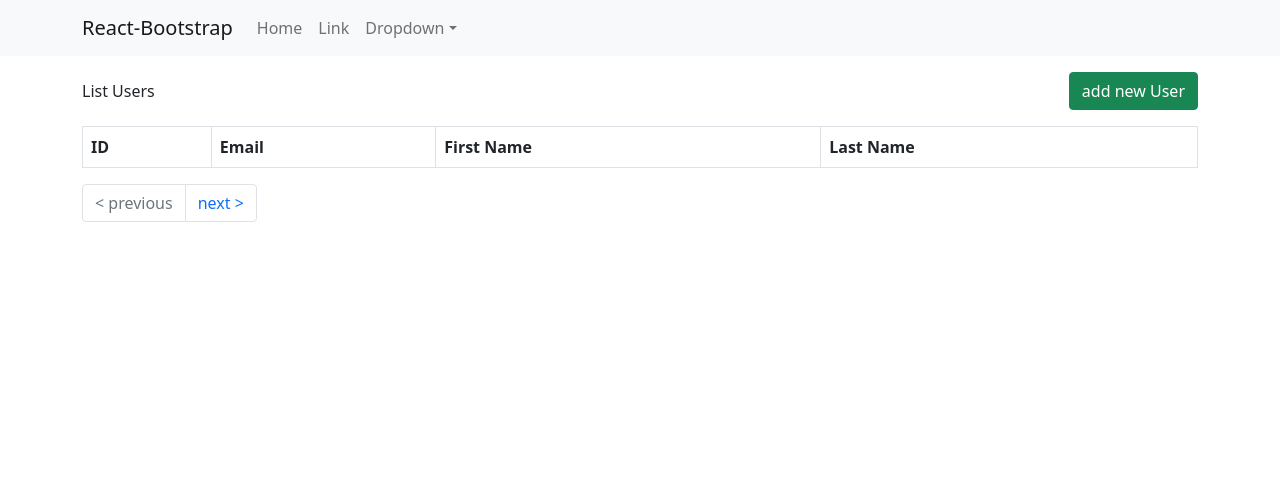
Repository: hieuche123/practice-reactjs
Page: /
An editor plug-in stored every save of this project. The page is shown before and after the next save, followed by the edit.
The browser window is 1280 px wide. The pictures show the whole page.
The page's requests for data from a server got no answer. The project was rebuilt for these pictures with package versions that can differ from the ones it lists, and the page was loaded fresh each time. No one was signed in, and anything a server would have sent is missing.

Above is the page before, as saved 2023-03-21 21:49:43.

### src/index.js
import React from 'react';
import ReactDOM from 'react-dom';
import App from './App';
import 'bootstrap/dist/css/bootstrap.min.css';

ReactDOM.render(
  <React.StrictMode>
    <App />
  </React.StrictMode>,
  document.getElementById('root')
);

// If you want to start measuring performance in your app, pass a function
// to log results (for example: reportWebVitals(console.log))
// or send to an analytics endpoint. Learn more: https://bit.ly/CRA-vitals

### src/App.js

import { Container } from 'react-bootstrap';
import './App.scss';
import Header from './components/Header';
import TableUsers from './components/TableUsers';

function App() {
  return (
    <div className="app-container">
      <Header/>
      <Container>
        <div className='add-new my-3'>
         <span> List Users</span>
          <button className='btn btn-success'>add new User</button>
        </div>
        <TableUsers/>
      </Container>
    </div>
  );
}

export default App;

### src/App.scss
body {
  margin: 0;
  font-family: -apple-system, BlinkMacSystemFont, 'Segoe UI', 'Roboto', 'Oxygen',
    'Ubuntu', 'Cantarell', 'Fira Sans', 'Droid Sans', 'Helvetica Neue',
    sans-serif;
  -webkit-font-smoothing: antialiased;
  -moz-osx-font-smoothing: grayscale;
}

code {
  font-family: source-code-pro, Menlo, Monaco, Consolas, 'Courier New',
    monospace;
}

.add-new {
  display: flex;
  align-items: center;
  justify-content: space-between;
}

### src/components/Header.js
import Container from 'react-bootstrap/Container';
import Nav from 'react-bootstrap/Nav';
import Navbar from 'react-bootstrap/Navbar';
import NavDropdown from 'react-bootstrap/NavDropdown';
function Header() {
    return (
        <>
            <Navbar bg="light" expand="lg">
                <Container>
                    <Navbar.Brand href="#home">React-Bootstrap</Navbar.Brand>
                    <Navbar.Toggle aria-controls="basic-navbar-nav" />
                    <Navbar.Collapse id="basic-navbar-nav">
                    <Nav className="me-auto">
                        <Nav.Link href="#home">Home</Nav.Link>
                        <Nav.Link href="#link">Link</Nav.Link>
                        <NavDropdown title="Dropdown" id="basic-nav-dropdown">
                        <NavDropdown.Item href="#action/3.1">Action</NavDropdown.Item>
                        <NavDropdown.Item href="#action/3.2">
                            Another action
                        </NavDropdown.Item>
                        <NavDropdown.Item href="#action/3.3">Something</NavDropdown.Item>
                        <NavDropdown.Divider />
                        <NavDropdown.Item href="#action/3.4">
                            Separated link
                        </NavDropdown.Item>
                        </NavDropdown>
                    </Nav>
                    </Navbar.Collapse>
                </Container>
            </Navbar>
        </>
    );
}

export default Header;

### src/components/TableUsers.js
import axios from 'axios';
import { useEffect, useState } from 'react';
import Table from 'react-bootstrap/Table';
import {fetchAllUser} from '../sevices/UserSevice'
import ReactPaginate from 'react-paginate';
function TableUsers(props) {
    const [listUsers, setListUsers] = useState([]);
    const [totalUsers, setTotalUsers] = useState(0);
    const [totalPages, setTotalPages] = useState(0);

    useEffect(()=> {
        getUsers(1);
    },[])

    const getUsers = async(page) => {
        let res = await fetchAllUser(page);
        if(res && res.data) {
            setListUsers(res.data);
            setTotalUsers(res.total);
            setTotalPages(res.total_pages);
            console.log(res.data)
        }
        console.log(res)
    }

    const handlePageClick = (event) => {
        getUsers(+event.selected + 1);

      };

    return (
        <>
            <Table striped bordered hover>
                <thead>
                    <tr>
                    <th>ID</th>
                    <th>Email</th>
                    <th>First Name</th>
                    <th>Last Name</th>
                    </tr>
                </thead>
                <tbody>
                    {listUsers && listUsers.length > 0 &&
                        listUsers.map((item, index) => {
                            return (
                                <tr key={item.id}>
                                    <th>{item.id}</th>
                                    <th>{item.email}</th>
                                    <th>{item.first_name}</th>
                                    <th>{item.last_name}</th>
                                </tr>
                            )
                        })

                    }
                </tbody>
            </Table>
            <ReactPaginate
                breakLabel="..."
                nextLabel="next >"
                onPageChange={handlePageClick}
                pageRangeDisplayed={5}
                pageCount={totalPages}
                previousLabel="< previous"

                pageClassName='page-item'
                pageLinkClassName='page-link'
                previousClassName='page-item'
                previousLinkClassName='page-link'
                nextClassName='page-item'
                nextLinkClassName='page-link'
                breakClassName='page-item'
                breakLinkClassName='page-link'
                containerClassName='pagination'
                activeClassName='active'
            />


        </>
    );
}

export default TableUsers;

### src/sevices/UserSevice.js
import axios from './CustomizeAxios';

const fetchAllUser = (page) => {
    return axios.get(`/api/users?page=${page}`)
}



export {fetchAllUser};

### src/sevices/CustomizeAxios.js
import axios from "axios";

const instance = axios.create({
    baseURL: 'https://reqres.in'
})

// Add a response interceptor
instance.interceptors.response.use(function (response) {
    // Any status code that lie within the range of 2xx cause this function to trigger
    // Do something with response data
    return response.data;
  }, function (error) {
    // Any status codes that falls outside the range of 2xx cause this function to trigger
    // Do something with response error
    return Promise.reject(error);
  });
export default instance;

### src/components/ModalAddNew.js
import Button from 'react-bootstrap/Button';
import Modal from 'react-bootstrap/Modal';
import { Container } from 'react-bootstrap';

function ModalAddNew() {

  return (
    <div>
      <Modal.Dialog>
        <Modal.Header closeButton>
          <Modal.Title>Modal title</Modal.Title>
        </Modal.Header>

        <Modal.Body>
          <p>Modal body text goes here.</p>
        </Modal.Body>

        <Modal.Footer>
          <Button variant="secondary">Close</Button>
          <Button variant="primary">Save changes</Button>
        </Modal.Footer>
      </Modal.Dialog>
    </div>
  );
}

export default ModalAddNew;

Loaded but not shown: public/index.html (common file)

After the next save:
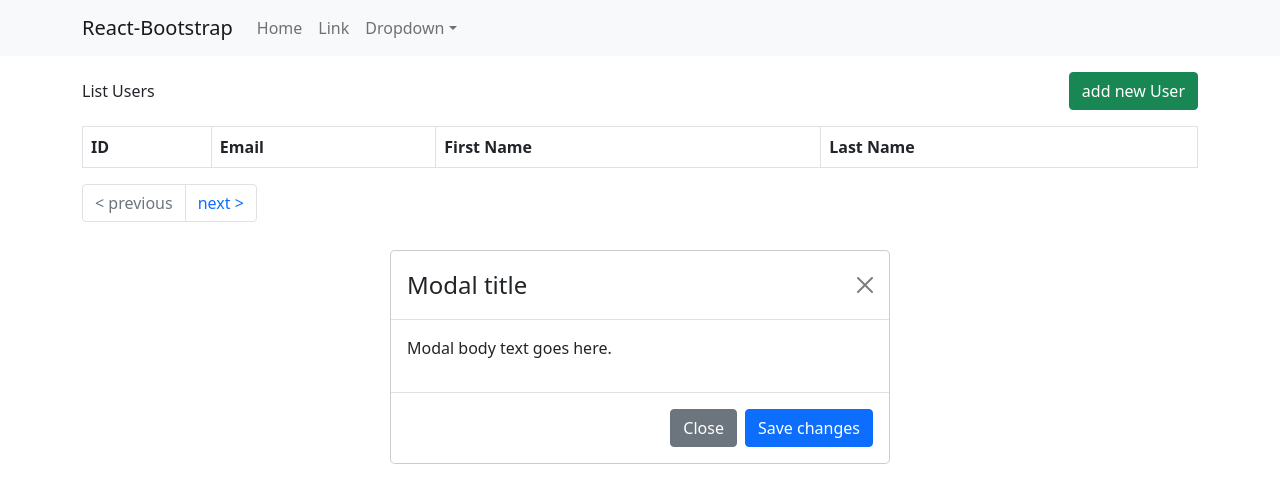
Saved 12 s later.
--- a/src/App.js
+++ b/src/App.js
@@ -2,6 +2,7 @@
 import { Container } from 'react-bootstrap';
 import './App.scss';
 import Header from './components/Header';
+import ModalAddNew from './components/ModalAddNew';
 import TableUsers from './components/TableUsers';
 
 function App() {
@@ -15,6 +16,8 @@ function App() {
         </div>
         <TableUsers/>
       </Container>
+
+      <ModalAddNew/>
     </div>
   );
 }
